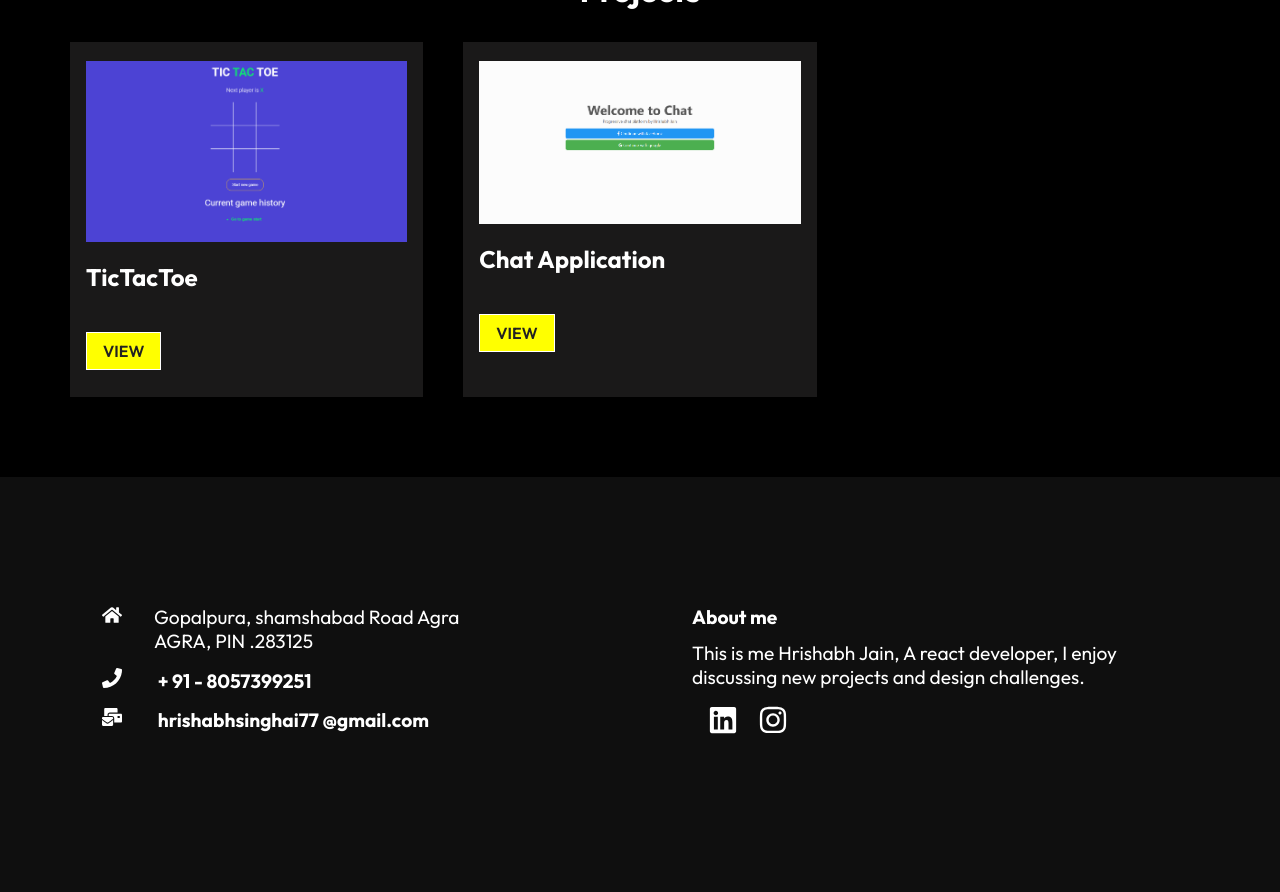
Repository: Hrishabhsinghai/Portfolio
Page: /project
The author's editor kept a copy of each file at every save. The page is drawn from the files as they stood at one save, then again after a run of saves.
The browser window is 1280 px wide. The pictures show the part of the page from y = 598 to 1550 px (the page is 1490 px tall before and 1550 px after).
The project was rebuilt for these pictures with package versions that can differ from the ones it lists, and the page was loaded fresh each time. Also part of the build but not shown: src/components/HeroImgStyles.css, src/components/HeroImg.js, src/routes/Home.js, src/components/AboutContentSttyles.css, src/components/AboutContent.js, src/routes/About.js, src/routes/Contact.js.

Above is the page before, as saved 2024-01-11 22:14:44.

### src/index.css
@import url("https://fonts.googleapis.com/css2?family=Orbitron&family=Outfit:wght@100;200;300;400;500;600;700;800;900&display=swap");
* {
  box-sizing: border-box;
  margin: 0;
  padding: 0;
  font-family: "Outfit", sans-serif;
}

body {
  background: black;
}

h1,
h4,
p,
a {
  color: #fff;
  text-decoration: none;
}

ul {
  list-style-type: none;
}

.btn {
  padding: 12px 32px;
  font-size: 1rem;
  text-transform: uppercase;
  color: #222;
  border: 1px solid #fff;
  font-weight: 600;
  cursor: pointer;
  background: yellow;
}

.btn-light {
  background: transparent;
  color: #fff;
}

.btn-hover {
  background: rgba(255, 255, 255, 0.2);
  color: #fff;
  transition: 0.3;
}

### src/App.js
import "./index.css";
import Home from "./routes/Home";
import About from "./routes/About";
import Project from "./routes/Project";
import Contact from "./routes/Contact";
import { Route, Routes } from "react-router-dom";

function App() {
  return (
    <>
      <Routes>
        <Route path="/" element={<Home />} />{" "}
        <Route path="/project" element={<Project />} />{" "}
        <Route path="/About" element={<About />} />{" "}
        <Route path="/Contact" element={<Contact />} />{" "}
      </Routes>{" "}
    </>
  );
}

export default App;

### src/routes/Project.js
import React from "react";
import Navbar from "../components/Navbar";
import Footer from "../components/Footer";
import HeroImg2 from "../components/HeroImg2";
import Work from "../components/Work";

const Project = () => {
  return (
    <div>
      <Navbar />
      <HeroImg2 heading="PROJECTS." text="Here are some of my Projects" />
      <Work />
      <Footer />
    </div>
  );
};

export default Project;

### src/components/Navbar.js
import { Link } from "react-router-dom";
import "./NavbarStyles.css";

import { FaBars, FaTimes } from "react-icons/fa";
import { useState } from "react";

const Navbar = () => {
  const [click, setClick] = useState(false);
  const handleClick = () => setClick(!click);

  const [color, settColor] = useState(false);
  const changeColor = () => {
    if (window.scrollY >= 100) {
      settColor(true);
    } else {
      settColor(false);
    }
  };

  window.addEventListener("scroll", changeColor);

  return (
    <div className={click ? "header header-bg" : "header"}>
      <Link to="/">
        {" "}
        <h1> Portfolio </h1>{" "}
      </Link>{" "}
      <ul className={click ? "nav-menu active" : "nav-menu"}>
        <li>
          <Link to="/"> Home </Link>{" "}
        </li>{" "}
        <li>
          <Link to="/About"> About </Link>{" "}
        </li>{" "}
        <li>
          <Link to="/Project"> Project </Link>{" "}
        </li>{" "}
        <li>
          <Link to="/Contact"> Contact </Link>{" "}
        </li>{" "}
      </ul>{" "}
      <div className="hamburger" onClick={handleClick}>
        {" "}
        {click ? (
          <FaTimes size={20} style={{ color: "#fff" }} />
        ) : (
          <FaBars size={20} style={{ color: "#fff" }} />
        )}{" "}
      </div>{" "}
    </div>
  );
};

export default Navbar;

### src/components/Footer.js
import "./FooterStyles.css";

import React from "react";
import {
  FaHome,
  FaInstagram,
  FaLinkedin,
  FaMailBulk,
  FaPhone,
} from "react-icons/fa";
import { Link } from "react-router-dom";

const Footer = () => {
  return (
    <div className="footer">
      <div className="footer-container">
        <div className="left">
          <div className="location">
            <FaHome size={20} style={{ color: "#fff", marginRight: "2rem" }} />{" "}
            <div>
              <p> Gopalpura, shamshabad Road Agra </p>{" "}
              <p> AGRA, PIN .283125 </p>{" "}
            </div>{" "}
          </div>{" "}
          <div className="phone">
            <h4>
              {" "}
              <FaPhone
                size={20}
                style={{ color: "#fff", marginRight: "2rem" }}
              />{" "}
              + 91 - 8057399251{" "}
            </h4>{" "}
          </div>{" "}
          <div className="email">
            <h4>
              {" "}
              <FaMailBulk
                size={20}
                style={{ color: "#fff", marginRight: "2rem" }}
              />{" "}
              hrishabhsinghai77 @gmail.com{" "}
            </h4>{" "}
          </div>{" "}
        </div>{" "}
        <div className="right">
          <h4> About me </h4>{" "}
          <p>
            {" "}
            This is me Hrishabh Jain, A react developer, I enjoy discussing new
            projects and design challenges.{" "}
          </p>{" "}
          <div className="social">
            <h4>
              <Link to="https://www.linkedin.com/in/hrishabh-jain-13bab7209">
                <FaLinkedin
                  size={30}
                  style={{ color: "#fff", marginLeft: "1rem" }}
                />{" "}
              </Link>{" "}
              <Link to="https://www.instagram.com/hrishabhsinghai/?utm_source=qr">
                <FaInstagram
                  size={30}
                  style={{ color: "#fff", marginLeft: "1rem" }}
                />{" "}
              </Link>{" "}
            </h4>{" "}
          </div>{" "}
        </div>{" "}
      </div>{" "}
    </div>
  );
};

export default Footer;

### src/components/HeroImg2.js
import "./HeroImg2Styles.css";

import React, { Component } from "react";

class HeroImg2 extends Component {
  render() {
    return (
      <div className="hero-img">
        <div className="heading">
          <h1> {this.props.heading} </h1> <p> {this.props.text} </p>{" "}
        </div>{" "}
      </div>
    );
  }
}

export default HeroImg2;

### src/components/Work.js
import "./WorkCardStyles.css";
import WorkCard from "./WorkCard";
import WorkCardData from "./WorkCardData";

import React from "react";

const Work = () => {
  return (
    <div className="work-container">
      <h1 className="project-heading"> Projects </h1>{" "}
      <div className="project-container">
        {" "}
        {WorkCardData.map((val, ind) => {
          return (
            <WorkCard
              key={ind}
              imgsrc={val.imgsrc}
              title={val.title}
              text={val.text}
              view={val.view}
            />
          );
        })}
      </div>{" "}
    </div>
  );
};

export default Work;

### src/components/NavbarStyles.css
.header {
  display: flex;
  justify-content: space-between;
  align-items: center;
  padding: 1rem;
  position: fixed;
  width: 100%;
  height: 90px;
  z-index: 10;
}

.header-bg {
  background-color: rgba(0, 0, 0, 0.85);
  transition: 0.5s;
}

.nav-menu {
  display: flex;
}

.nav-menu li {
  padding: 0 1rem;
}

.nav-menu li a {
  font-size: 1.2rem;
  font-weight: 500;
}

.hamburger {
  display: none;
}

@media screen and (max-width: 1040px) {
  .nav-menu {
    flex-direction: column;
    justify-content: center;
    align-items: center;
    width: 100%;
    height: 100vh;
    background: rgba(0, 0, 0, 0.9);
    position: absolute;
    top: 0;
    left: -100%;
    z-index: -3;
    transition: 0.3s;
  }
  .nav-menu.active {
    left: 0;
  }
  .nav-menu li {
    padding: 1rem 0;
  }
  .nav-menu li a {
    font-size: 2rem;
  }
  .hamburger {
    display: initial;
  }
}

### src/components/FooterStyles.css
.footer {
  width: 100%;
  padding: 6rem 0;
  background-color: rgba(19, 19, 19, 0.8);
}

.footer-container {
  max-width: 1140px;
  margin: auto;
  display: grid;
  grid-template-columns: repeat(2, 1fr);
  grid-gap: 40px;
}

.left {
  height: 100%;
  max-width: 100%;
  display: flex;
  flex-direction: column;
  padding: 2rem;
}

.location {
  display: flex;
  margin-bottom: 0.8rem;
}

.phone {
  line-height: 30px;
}

.right {
  height: 100%;
  max-width: 100%;
  display: flex;
  flex-direction: column;
  padding: 2rem;
  margin-bottom: 0.8rem;
}

.social {
  margin-top: 1rem;
}

h4 {
  font-size: 1.2rem;
  padding-bottom: 0.7rem;
}

p {
  font-size: 1.2rem;
}

@media screen and (max-width: 640px) {
  .footer-container {
    grid-template-columns: 1fr;
  }
}

### src/components/HeroImg2Styles.css
.hero-img {
  width: 100%;
  background: black;
  height: 60vh;
  position: relative;
}

.hero-img {
  content: "";
  background: url("https://images.pexels.com/photos/943096/pexels-photo-943096.jpeg?auto=compress&cs=tinysrgb&w=1260&h=750&dpr=1");
  width: 100%;
  height: 70vh;
  background-size: cover;
  background-position: center;
  object-fit: cover;
}

.heading {
  width: 100%;
  height: 100%;
  display: flex;
  flex-direction: column;
  justify-content: center;
  align-items: center;
}

.hero-img h1 {
  font-size: 2.4rem;
  text-decoration: solid;
}

.hero-img p {
  font-size: 1.4rem;
  text-align: center;
}

@media screen and (max-width: 640px) {
  .hero-img h1 {
    font-size: 2rem;
  }
}

### src/components/WorkCardStyles.css
.project-heading {
  text-align: center;
  padding: 4rem 0 2rem 0;
}

.project-container {
  max-width: 1140px;
  margin: auto;
  display: grid;
  grid-template-columns: repeat(3, 1fr);
  grid-gap: 40px;
  padding-bottom: 5rem;
}

.project-card {
  background: #1a1919;
  padding: 1.2rem 1rem;
}

.project-card img {
  width: 100%;
}

@media screen and (max-width: 740px) {
  .project-container {
    max-width: 90%;
    margin: auto;
    grid-template-columns: 1fr;
  }
}

.project-title {
  color: #fff;
  padding: 1rem 0;
}

.pro-details p {
  padding-bottom: 1rem;
  font-size: 1.1rem;
  text-align: justify;
}

.pro-btns .btn {
  padding: 0.5rem 1rem;
}

.pro-btns {
  display: flex;
  justify-content: space-between;
  padding: 0.5rem 0;
}

### src/components/WorkCard.js
import "./WorkCardStyles.css";

import React from "react";
import { NavLink } from "react-router-dom";

const WorkCard = (props) => {
  return (
    <div className="project-card">
      <img src={props.imgsrc} alt="image" />
      <h2 className="project-title"> {props.title} </h2>{" "}
      <div className="pro-details">
        <p> {props.text} </p>{" "}
        <div className="pro-btns">
          <NavLink to={props.view} className="btn">
            {" "}
            View{" "}
          </NavLink>{" "}
        </div>{" "}
      </div>{" "}
    </div>
  );
};

export default WorkCard;

### src/components/WorkCardData.js
import tictactoe from "../assets/tictactoe.png";
import chatapp from "../assets/chatapp.png";
// import tictactoe from "../assets/tictactoe.png";

const ProjectCardData = [
  {
    imgsrc: tictactoe,
    title: "TicTacToe",
    view: "https://ticctacctoeegame.surge.sh/",
  },
  {
    imgsrc: chatapp,
    title: "Chat Application",
    view: "https://chat-web-app-c0344.web.app/",
  },
];

export default ProjectCardData;

Loaded but not shown: public/index.html (common file); src/index.js (common file)

After the next 2 saves:
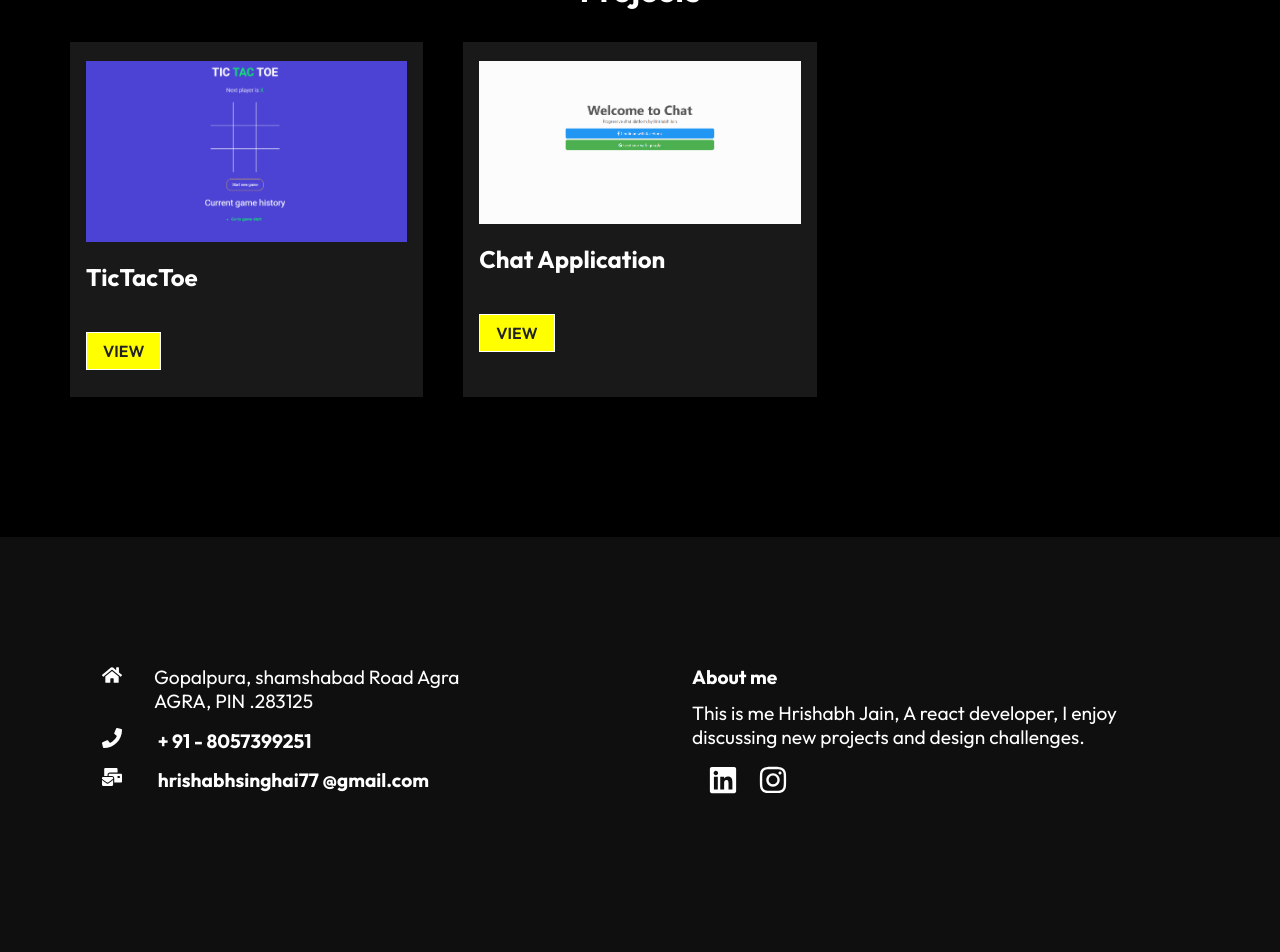
The 2 saves are shown as one change because 1 did not build or start.
The last was saved 41 s later.
--- a/src/components/Work.js
+++ b/src/components/Work.js
@@ -20,7 +20,8 @@
               view={val.view}
             />
           );
-        })}
+        })}{" "}
+        <div> My GitHub Repositery </div>;
       </div>{" "}
     </div>
   );

After the save that followed:
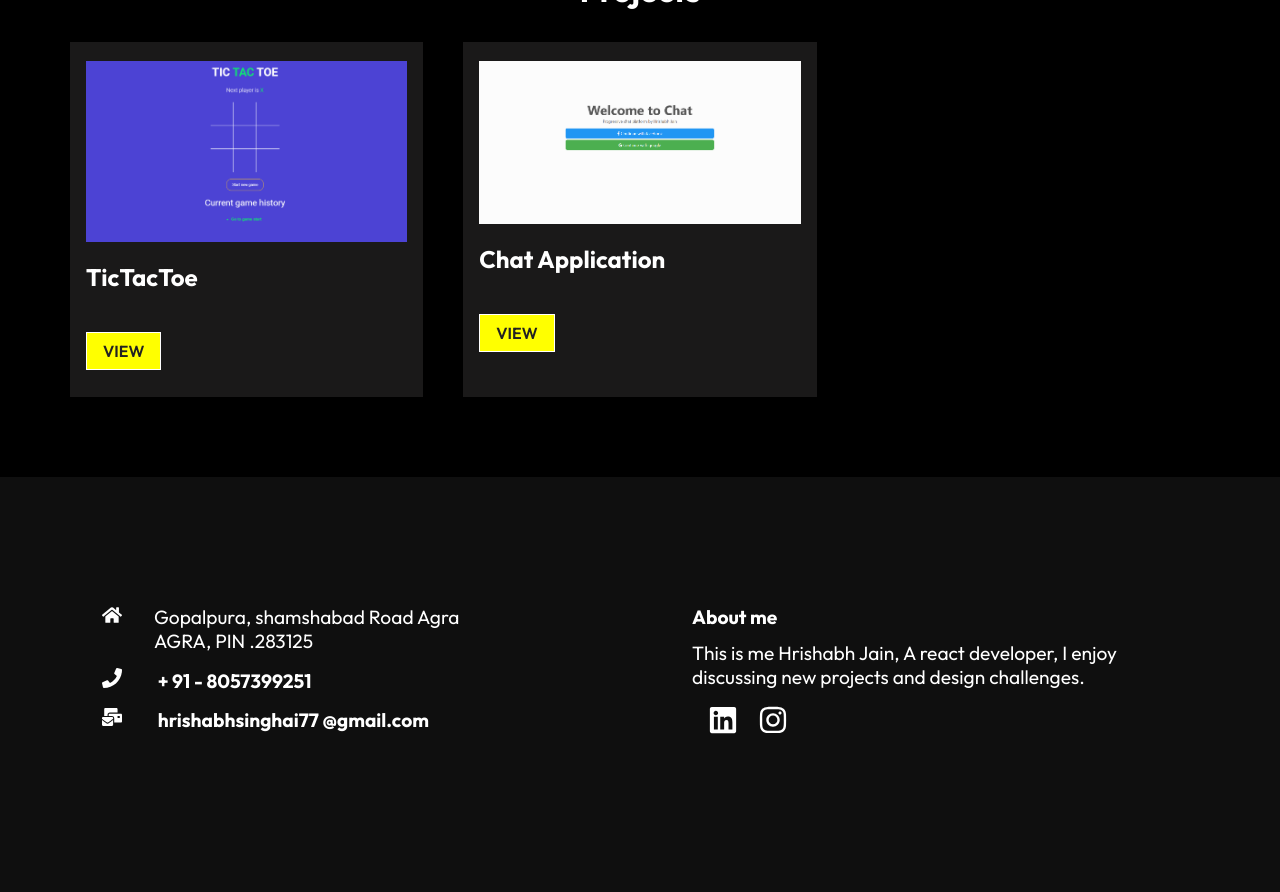
Saved 25 s later.
--- a/src/components/Work.js
+++ b/src/components/Work.js
@@ -21,7 +21,6 @@
             />
           );
         })}{" "}
-        <div> My GitHub Repositery </div>;
       </div>{" "}
     </div>
   );
